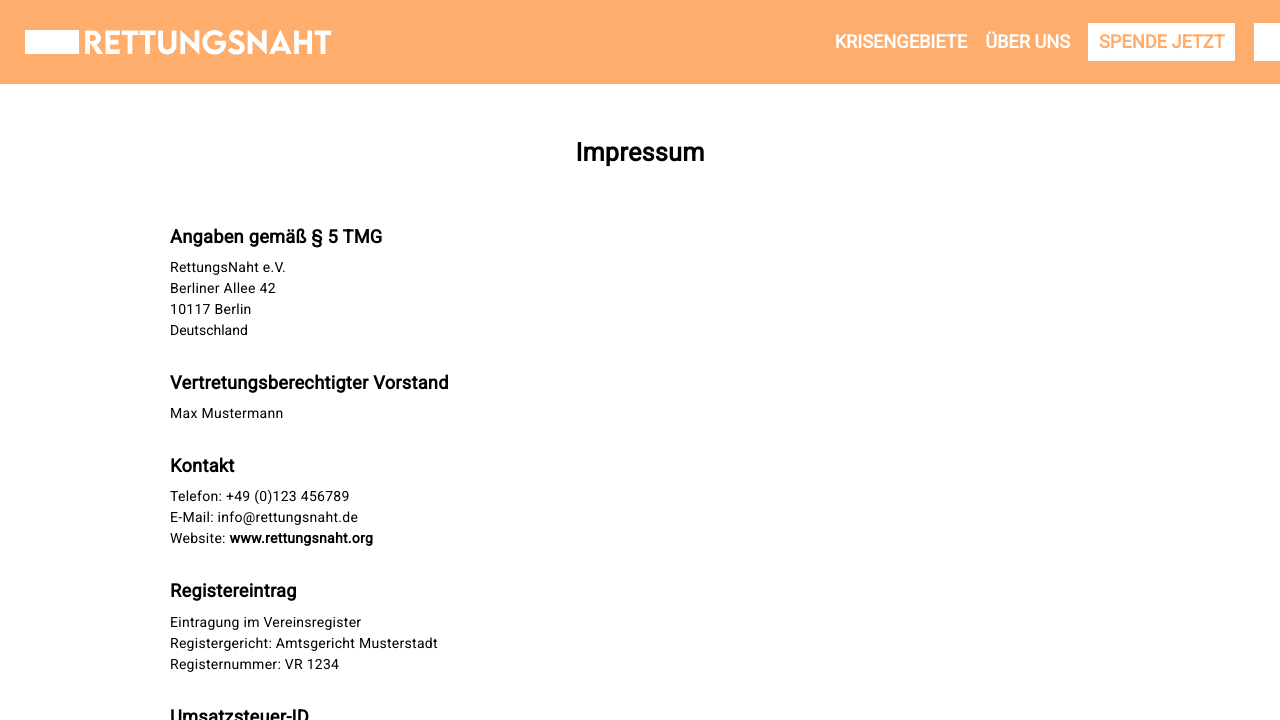
Repository: chriZVee/rettungsnaht
Page: /imprint
These files come from the project's save history. The page is drawn as it stood at one moment and after the next save; the edit follows.
The browser window is 1280 px wide. The pictures show the whole page.
An inner scrolling area shows only its first screen. The project was rebuilt for these pictures with package versions that can differ from the ones it lists, and the page was loaded fresh each time. Also part of the build but not shown: vite.config.js, src/index.css, src/styles/hero.css, src/components/Hero.jsx, src/styles/form.css, src/components/form/AreaSelection.jsx, src/components/form/ContactData.jsx, src/components/form/DonationMethod.jsx and 17 more.

Above is the page before, as saved 2025-04-17 14:44:33.

### index.html
<!doctype html>
<html lang="en">

<head>
  <meta charset="UTF-8" />
  <link rel="icon" type="image/svg+xml" href="/vite.svg" />
  <meta name="viewport" content="width=device-width, initial-scale=1.0" />
  <link href="https://fonts.googleapis.com/css2?family=Roboto&display=swap" rel="stylesheet">
  <title>RETTUNGSNAHT e.V.</title>
</head>

<body>
  <div id="root"></div>
  <script type="module" src="/src/main.jsx"></script>
</body>

</html>

### src/App.jsx
import { BrowserRouter as Router, Routes, Route } from "react-router-dom";
import "./App.css";
import "./styles/global.css";
import Home from "./pages/Home";
import Confirmation from "./pages/Confirmation";
import Imprint from "./pages/Imprint";
import PrivacyPolicy from "./pages/PrivacyPolicy";

export default function App() {
  return (
    <Router>
      <Routes>
        <Route path="/" element={<Home />} />
        <Route path="/confirmation" element={<Confirmation />} />
        <Route path="/imprint" element={<Imprint />} />
        <Route path="/privacy-policy" element={<PrivacyPolicy />} />
      </Routes>
    </Router>
  );
}

### src/App.css
/* APP */
#root {
  margin: 0 auto;
}

img.seam-form {
  position: absolute;
  bottom: -4em;
  left: 0em;
  width: 120%;
  z-index: 2;
}

### src/styles/global.css
/* GLOBAL */

:root {
  /* Colors */
  --highlight: #ffad6d;
  --link-hover: #ffad6d;
  --text: #000;
  --button-unchecked: #f2f2f2;
  --button-checked: #ffad6d;
  --button-text: #fff;
  --h2: #000;
  --lightGrey: #f2f2f2;
  --warning: #ff4000;

  /* Font - not in use yet */
  --font-small: 0.8rem;
  --font-base: 1rem;
  --font-medium: 1.3rem;
  --font-ml: 1.5rem;
  --font-large: 1.8rem;
  --font-xl: 2.4rem;
  --font-xxl: 4.8rem;
  --font-h2: 2.1rem;
  --font-h1: 2.6rem;
  --font-button: 1rem;

  line-height: 1.5;
  width: auto;
}

* {
  box-sizing: border-box;
}

body,
html {
  font-size: 14px;
  font-family: "Roboto", "Segoe UI", "Helvetica Neue", sans-serif;
  background-color: white;
  /* margin reset */
  margin: 0;
  max-width: 100%;
  width: 100%;
  overflow-x: hidden;
  height: 100%;
}

@media (max-width: 480px) {
  html {
    width: fit-content;
  }
}

.header,
.footer,
.content {
  width: 100%;
}

h1,
.page-title {
  font-size: var(--font-h1);
  text-align: center;
  padding: 1.5em 0;
  font-weight: bold;
}

@media (max-width: 1440px) {
  h1,
  .page-title {
    padding: 2em 0.5em;
    font-size: var(--font-large);
  }
}

@media (max-width: 768px) {
  h1,
  .page-title {
    padding: 2em 0.5em 1.5em;
    font-size: var(--font-ml);
  }
}

h2 {
  font-size: var(--font-h2);
  font-weight: bold;
}

@media (max-width: 480px) {
  h2 {
    font-size: var(--font-ml);
  }
}

/* Margin Reset */
p,
h1,
h2 {
  margin: 0;
  letter-spacing: 0.02rem;
}
ul {
  padding: 0px;
}

img {
  max-width: 100%;
  height: auto;
  display: block;
}

a {
  color: white;
  text-decoration: none;
  font-weight: bold;
}

/* Centered Containers */
/* Large Desktops */
.container {
  max-width: 1440px;
  display: flex;
  flex-direction: column;
  margin: 0 auto;
}

@media (max-width: 1440px) {
  .container {
    width: 100%;
    max-width: 1200px;
  }
}

@media (max-width: 1280px) {
  .container {
    width: 100%;
    max-width: 1024px;
    padding: 0 3rem;
  }
}

/* Laptop/Tablet */
@media (max-width: 1024px) {
  .container {
    max-width: 960px;
    padding: 0 2rem;
  }
}

/* Tablet */
@media (max-width: 768px) {
  .container {
    max-width: 720px;
    padding: 0 1rem;
  }
}

/* Smartphone */
@media (max-width: 480px) {
  .container {
    max-width: 100%;
    padding: 0 0.75rem;
  }
}

/* Fieldset reset */
fieldset {
  border: none;
  padding: 0;
  margin: 0;
  min-inline-size: unset;
}

/* Hide elements */
.hidden {
  display: none !important;
}

@media (max-width: 768px) {
  .hide-on-mobile {
    display: none;
  }
}

.button {
  display: flex;
  padding: 0.5em 0.8em;
  background-color: var(--button-checked);
  cursor: pointer;
  font-weight: normal;
  transition: all 0.2s ease;
  font-size: var(--font-button);
  text-align: center;
  border: none;
  color: white;
}

.buttonized .deco {
  cursor: default;
}

.capitalize {
  text-transform: capitalize;
}

### src/pages/Imprint.jsx
import Page from "../components/Page";
import org from "../data/org";
import "../styles/imprint.css";

export default function Imprint() {
  return (
    <>
      <Page>
        <section className="imprint container">
          <h1>Impressum</h1>
          <div className="imprint-block">
            <h2>Angaben gemäß § 5 TMG</h2>
            <p>{org.officialName}</p> <p>{org.address}</p>
            <p>
              {org.zip} {org.city}
            </p>
            Deutschland
          </div>

          <div className="imprint-block">
            <h2>Vertretungsberechtigter Vorstand</h2>
            <p>{org.chairman}</p>
          </div>

          <div className="imprint-block">
            <h2>Kontakt</h2>
            <p>Telefon: {org.tel}</p>
            <p>
              E-Mail: {org.email}
              <a href={`mailto: ${org.email}`}></a>
            </p>
            <p>
              <span>Website: </span>
              <a href={org.url} target="_blank" rel="noopener noreferrer">
                {org.url}
              </a>
            </p>
          </div>

          <div className="imprint-block">
            <h2>Registereintrag</h2>
            <p>Eintragung im Vereinsregister</p>
            <p>Registergericht: Amtsgericht Musterstadt</p>
            <p>Registernummer: VR 1234</p>
          </div>

          <div className="imprint-block">
            <h2>Umsatzsteuer-ID</h2>
            <p>USt-IdNr.: {org.ustId}</p>
          </div>

          <div className="imprint-block">
            <h2>Verantwortlich für den Inhalt nach § 55 Abs. 2 RStV</h2>
            <p>{org.chairman}</p>
            <p>{org.address}</p>
            <p>
              {org.zip} {org.city}
            </p>
          </div>

          <div className="imprint-block">
            <h2>Haftung für Inhalte und Links</h2>
            <p>
              Trotz sorgfältiger inhaltlicher Kontrolle übernehmen wir keine
              Haftung für die Inhalte externer Links. Für den Inhalt der
              verlinkten Seiten sind ausschließlich deren Betreiber
              verantwortlich.
            </p>
          </div>

          <div className="imprint-block">
            <h2>Online-Streitbeilegung</h2>
            <p>
              Die Europäische Kommission stellt eine Plattform zur
              Online-Streitbeilegung (OS) bereit:{" "}
              <a
                href="https://ec.europa.eu/consumers/odr"
                target="_blank"
                rel="noopener noreferrer"
              >
                https://ec.europa.eu/consumers/odr
              </a>
            </p>
          </div>
        </section>
      </Page>
    </>
  );
}

### src/components/Page.jsx
import Header from "./Header";
import Footer from "./Footer";
import "../styles/page.css";

export default function Page({ children }) {
  return (
    <div className="page">
      <Header />
      <div className="content wrapper">
        <div className="page-content">{children}</div>
      </div>
      <Footer />
    </div>
  );
}

### src/data/org.js
/* Company Information */
const org = {
  officialName: "RettungsNaht e.V.",
  name: "RettungsNaht",
  address: "Berliner Allee 42",
  zip: "10117",
  city: "Berlin",
  email: "info@rettungsnaht.de",
  url: "www.rettungsnaht.org",
  tel: "+49 (0)123 456789",
  ustId: "DE123456789",
  chairman: "Max Mustermann",
};

export default org;

### src/styles/imprint.css
/* Imprint */

.imprint-block h2 {
  font-size: var(--font-medium);
  padding: 2rem 0 0.5rem 0;
}

.imprint-block:first-of-type h2 {
  padding-top: 0rem;
}

.imprint-block a {
  color: black;
}

### src/components/Header.jsx
import { Link } from "react-router-dom";
import "../styles/header.css";
import rnLogo from "../assets/rn-logo-white.svg";

function Header() {
  return (
    <header className="header container">
      <Link to="/">
        <img
          src={rnLogo}
          className="header-image"
          alt="RettungsNaht Logo"
        ></img>
      </Link>
      <nav className="nav">
        <ul className="nav-bar">
          <li>
            <Link to="/#crisis-area-section">Krisengebiete</Link>
          </li>
          <li>
            <Link to="/#about-section">Über uns</Link>
          </li>
          <li className="buttonized">
            <Link to="/#donation-form">Spende jetzt</Link>
          </li>
          <li className="buttonized deco">&nbsp;</li>
        </ul>
      </nav>
    </header>
  );
}

export default Header;

### src/components/Footer.jsx
import org from "../data/org";
import "../styles/footer.css";
import { Link } from "react-router-dom";

export default function Footer() {
  return (
    <section className="footer container">
      <div className="footer-link-container">
        <ul className="small-gap">
          <li className="buttonized deco">&nbsp;</li>
          <li className="buttonized">
            <Link to="/#donation-form">Spende jetzt</Link>
          </li>
        </ul>
      </div>
      <div className="footer-link-container lh-small">
        <ul>
          <li>
            <Link to="/imprint">Impressum</Link>
          </li>
          <li>
            <Link to="/privacy-policy">Datenschuterklärung</Link>
          </li>
        </ul>
      </div>
      <div className="copyright-container">
        <p className="copyright-note">© 2025 {org.officialName}</p>
      </div>
    </section>
  );
}

### src/styles/page.css
/* Page */

.page .page-content {
  display: flex;
  flex-direction: column;
  min-height: 100vh;
}

.page .content {
  flex: 1;
}

### src/styles/header.css
/* Header */

.header {
  background-color: var(--highlight);
  display: flex;
  flex-direction: row;
  align-items: center;
  justify-content: space-between;
  padding: 1em 0 1em 25px;
  max-width: none;
  max-height: 84px;
}

@media (max-width: 1024px) {
  .header {
    flex-direction: column;
    max-height: none;
    padding: 1.5em 1em 0.5em 1em;
  }
}

.nav-bar {
  display: flex;
  justify-content: space-between;
  align-items: center;
  gap: 1em;
  list-style: none;
  text-transform: uppercase;
  font-size: var(--font-medium);
  text-align: center;
}
@media (max-width: 1024px) {
  .nav-bar {
    font-size: var(--font-small);
  }
}
@media (max-width: 768px) {
  .nav-bar {
    font-size: var(--font-small);
  }
}
@media (max-width: 480px) {
  .nav-bar {
    justify-content: space-evenly;
    gap: 1em;
    font-size: var(--font-small);
    flex-wrap: wrap;
  }
}

.nav-bar li.buttonized {
  background-color: white;
  color: var(--highlight);
  padding: 0.3em 0.6em;
}

.nav-bar li.buttonized a {
  color: var(--highlight);
}

@media (max-width: 480px) {
  .header li.deco {
    display: none;
  }
}

### src/styles/footer.css
/* FOOTER */

section.footer {
  display: flex;
  flex-direction: row;
  align-content: center;
  justify-content: center;
  padding: 2em 0 2.5em 0;
  max-width: none;
  max-height: 136px;
  background-color: var(--highlight);
  column-gap: 4.5em;
  row-gap: 1em;
  flex-wrap: wrap;
  font-size: var(--font-base);
}

section.footer .copyright-container {
  flex-basis: 100%;
  display: flex;
  align-content: center;
  justify-content: center;
}

.footer .copyright-note {
  color: white;
  font-size: var(--font-base);
}

.footer-link-container {
  display: flex;
  align-content: center;
  justify-content: center;
  flex-wrap: wrap;
}

.footer-link-container ul {
  display: flex;
  flex-direction: row;
  align-content: center;
  justify-content: center;
  gap: 4em;
  flex-wrap: wrap;
}

.footer li {
  display: inline-block;
}

.footer-link-container li.buttonized {
  background-color: white;
  padding: 0.3em 0.6em;
}

.footer-link-container li.buttonized a {
  color: var(--highlight);
}

.footer .small-gap {
  display: flex;
  gap: 1em;
}

@media (max-width: 768px) {
  .footer-link-container ul {
    gap: 1em;
  }
  section.footer {
    justify-content: center;
    max-height: none;
    gap: 1em 1.5em;
  }
}

@media (max-width: 480px) {
  section.footer {
    justify-content: center;
    max-height: none;
    column-gap: 1em;
    row-gap: 0;
  }
}

Loaded but not shown: src/main.jsx (common file)

After the next save:
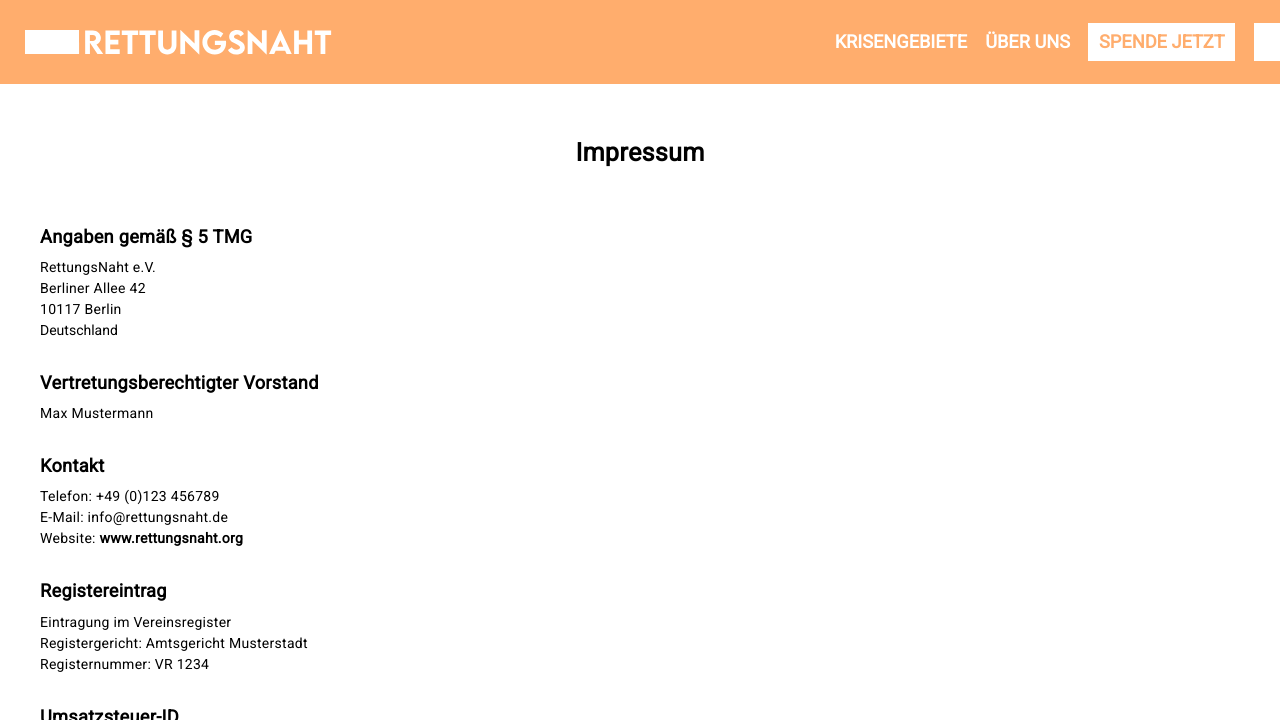
Saved 41 s later.
--- a/src/styles/global.css
+++ b/src/styles/global.css
@@ -131,13 +131,13 @@ a {
   }
 }
 
-@media (max-width: 1280px) {
+/* @media (max-width: 1280px) {
   .container {
     width: 100%;
     max-width: 1024px;
     padding: 0 3rem;
   }
-}
+} */
 
 /* Laptop/Tablet */
 @media (max-width: 1024px) {
